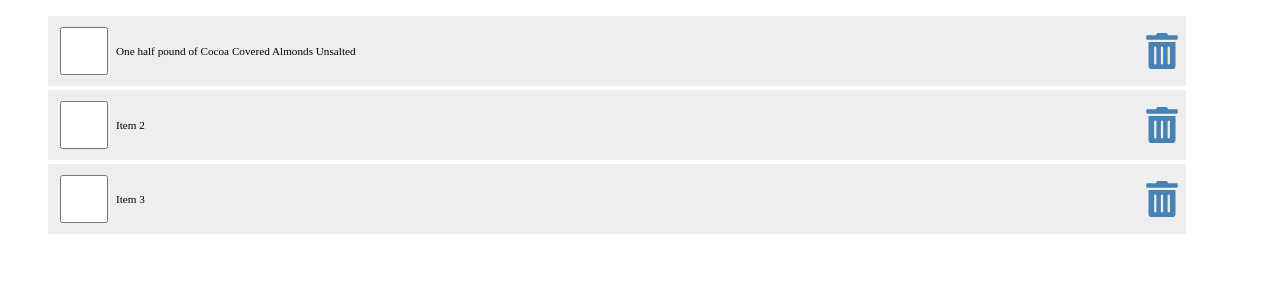
Repository: akinmiday/react-series
Page: /
An editor plug-in stored every save of this project. The page is shown before and after the next save, followed by the edit.
The browser window is 1280 px wide. The pictures show the whole page.
The project was rebuilt for these pictures with package versions that can differ from the ones it lists, and the page was loaded fresh each time. Also part of the build but not shown: vite.config.js, src/index.css.

Above is the page before, as saved 2023-08-21 18:07:52.

### src/App.jsx
import { useState } from 'react'
import { FaTrashAlt } from "react-icons/fa"
import './App.css'

const App = () => {

  const [items, setItems] = useState([
    {
      id: 1,
      checked: false,
      item: "One half pound of Cocoa Covered Almonds Unsalted"
    },
    {
      id: 2,
      checked: false,
      item: "Item 2"
    },
    {
      id: 3,
      checked: false,
      item: "Item 3"

    }
  ])


  return (
    <>
      <ul>
        {items.map((item) => (
          <li className='item' key={item.id} >
            <input
              type='checkbox'
              checked={item.checked}
            />
            <label>{item.item}</label>
            <FaTrashAlt
              role='button'
              tabIndex="0"
            />
          </li>
        ))}
      </ul>
    </>
  )
}

export default App

### src/App.css
ul {
    width: 90%;
    list-style: none;
}

ul li::before{
    content: "\200B";
}

.item{
    display: flex;
    justify-content: flex-start;
    align-items: center;
    padding: 0.5rem 0 0.5rem 0.5rem;
    margin: 0.25rem 0;
    background-color: #eee;
}

.item input[type="checkbox"] {
    text-align: center;
    width: 2.5rem;
    width: 48px;
    min-width: 48px;
    height: 2.5rem;
    height: 48px;
    min-height: 48px;
    cursor: pointer;
    margin-right: 0.5rem;
}

.item input[type="checkbox"]:focus + label{
text-decoration: underline;
}

.item > label{
    font-size: 0.7rem;
    flex-grow: 1;
}

.item svg{
    width: 48px;
    min-width: 48px;
    height: 36px;
    font-size: 2px;
    color: steelblue;
    cursor: pointer;
}

.item svg:focus,
.item svg:hover{
    color: red;
    outline: none;
}

Loaded but not shown: index.html (common file); src/main.jsx (common file)

After the next save:
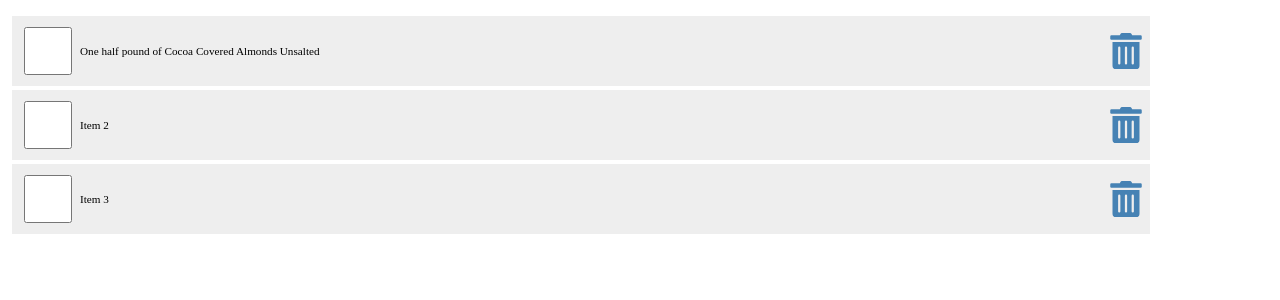
Saved 24 s later.
--- a/src/App.css
+++ b/src/App.css
@@ -1,6 +1,7 @@
 ul {
     width: 90%;
     list-style: none;
+    padding: 0 0.25rem 0.25rem;
 }
 
 ul li::before{
